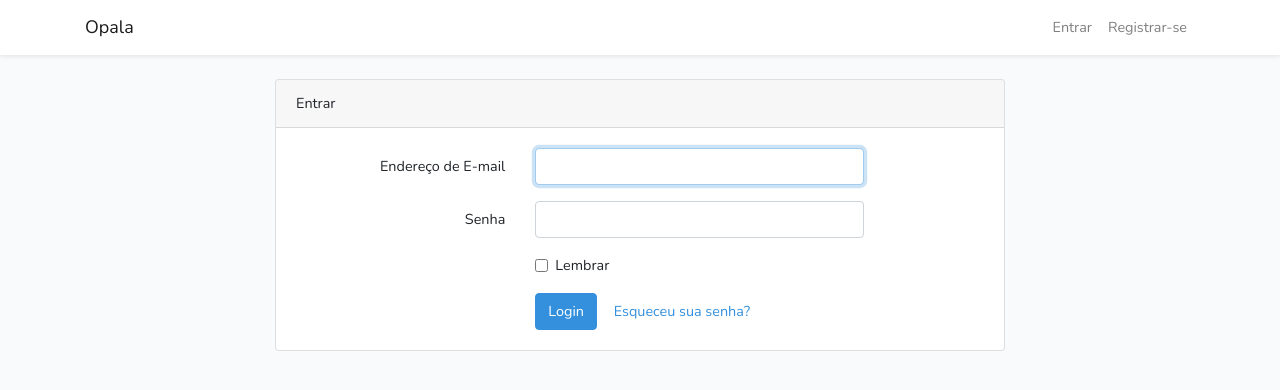
Repository: souzalu/Opala
Page: http://localhost/login
The author's editor kept a copy of each file at every save. The page is drawn from the files as they stood at one save, then again after the next save.
The browser window is 1280 px wide. The pictures show the whole page.
The page is served by the project's Laravel application, run on PHP 8.4 with Laravel 8.

Above is the page before, as saved 2020-09-18 21:19:19.

After the next save:
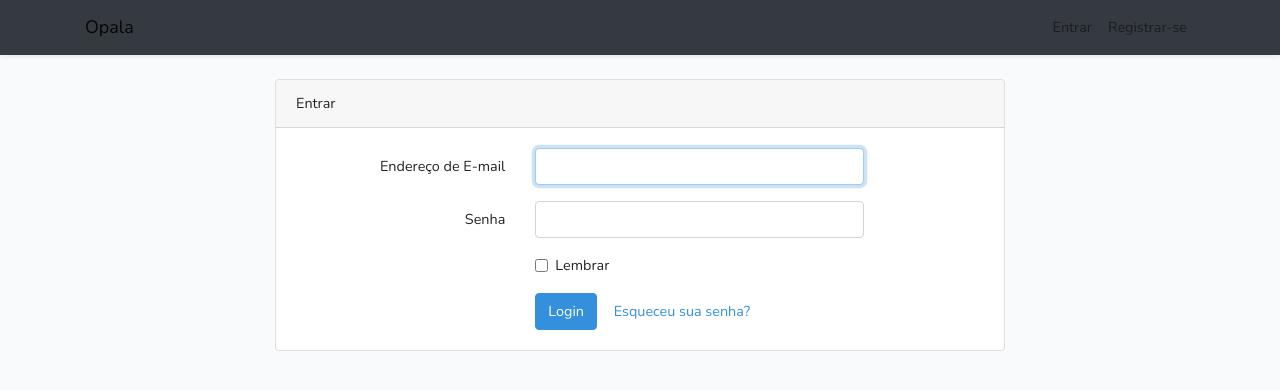
Saved 77 s later.
--- a/resources/views/layouts/app.blade.php
+++ b/resources/views/layouts/app.blade.php
@@ -21,7 +21,7 @@
 </head>
 <body>
     <div id="app">
-        <nav class="navbar navbar-expand-md navbar-light bg-white shadow-sm">
+        <nav class="navbar navbar-expand-md navbar-light bg-dark shadow-sm">
             <div class="container">
                 <a class="navbar-brand" href="{{ url('/') }}">
                     Opala
